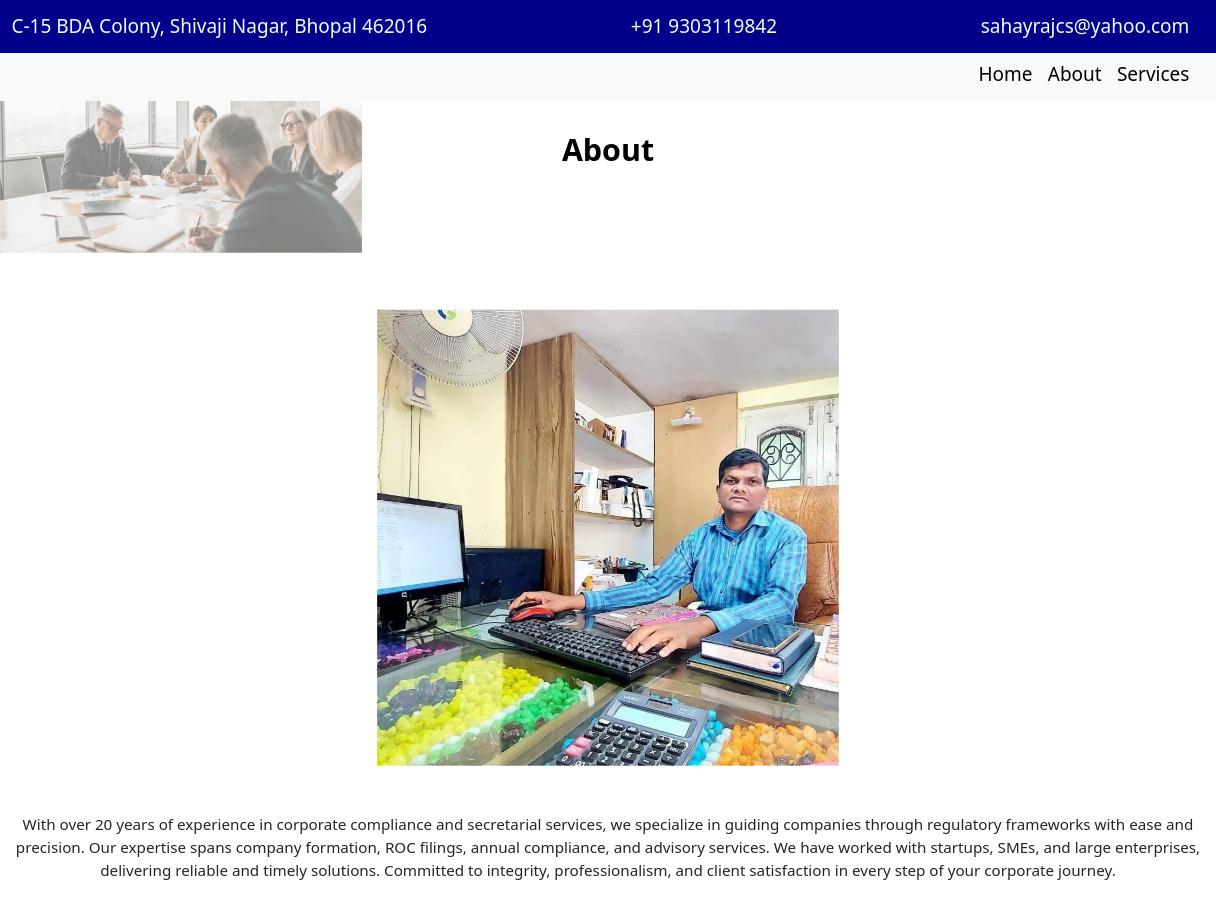
Repository: aayushiss/CS-RSS
Page: about.html
The author's editor kept a copy of each file at every save. The page is drawn from the files as they stood at one save, then again after the next save.
The browser window is 1280 px wide. The pictures show the whole page, at 95% of full size.

Above is the page before, as saved 2025-05-16 20:32:11.

### about.html
<!DOCTYPE html>
<html lang="en">
    <head>
        <meta charset="UTF-8">
        <meta name="viewport" content="width=device-width, initial-scale=1.0">
        <title>R. S. Shrivastava</title>
        <link href="https://cdn.jsdelivr.net/npm/bootstrap@5.3.3/dist/css/bootstrap.min.css" rel="stylesheet"
            integrity="sha384-QWTKZyjpPEjISv5WaRU9OFeRpok6YctnYmDr5pNlyT2bRjXh0JMhjY6hW+ALEwIH" crossorigin="anonymous">
        <link rel="stylesheet" type="text/css" href="style.css">
    </head>
<body>
    <nav class="navbar fixed-top custom-navbar">
        <div class="container-fluid d-flex justify-content-between">
            <a class="navbar-brand"
                href="https://www.google.com/maps/place/R+S+SHRIVASTAVA+%26+ASSOCIATES/@23.2288499,77.4244091,17z/data=!3m1!4b1!4m6!3m5!1s0x397c425fada83073:0xcb1e8ba90a487f4e!8m2!3d23.228845!4d77.426984!16s%2Fg%2F1td0r8v9?entry=ttu&g_ep=EgoyMDI1MDUxMi4wIKXMDSoASAFQAw%3D%3D"
                target="_blank">C-15 BDA Colony, Shivaji Nagar, Bhopal 462016</a>
            <a class="navbar-brand" href="" tel:+919303119842"">+91 9303119842</a>
            <a class="navbar-brand" href="mailto:sahayrajcs@yahoo.com">sahayrajcs@yahoo.com</a>
        </div>
    </nav>
    <div class="navbar-space"></div>

    <nav class="navbar sticky-top second-navbar bg-light">
        <div class="container-fluid d-flex justify-content-end">
            <a class="navbar-brand" href="index.html">Home</a>
            <a class="navbar-brand" href="about.html">About</a>
            <a class="navbar-brand" href="services.html">Services</a>
        </div>
    </nav>

    <div class="position-relative" style="margin-bottom: 60px;" id="contact-section">
        <img src="images/haveAQuery.jpg" class="img-fluid" alt="..."
            style="opacity: .5; height: 10rem; width: fit-content;">
        <h2 class="position-absolute start-50 translate-middle-x text-black fw-bold" style="top: 20%;">
            About
        </h2>
    </div>
    <div class="text-center">
        <img src="images/AboutImage.jpeg" class="img-fluid" style="height: 30rem;">
        <p style="margin-top: 50px;">With over 20 years of experience in corporate compliance and secretarial services, we specialize in guiding companies through regulatory frameworks with ease and precision.
            Our expertise spans company formation, ROC filings, annual compliance, and advisory services.
            We have worked with startups, SMEs, and large enterprises, delivering reliable and timely solutions.
            Committed to integrity, professionalism, and client satisfaction in every step of your corporate journey.</p>
    </div>
</body>
</html>

### style.css
.custom-navbar {
    background-color: darkblue;
}

.custom-navbar .navbar-brand {
    color: azure;
}

.navbar-space {
    margin-top: 50px;
}

.second-navbar .navbar-brand {
    color: black;
}

.custom-card {
    height: 25vh;
}

.custom-card .card-img {
    height: 100%;
    object-fit: cover;
}

.container-fluid .card {
    padding: 10px;
}

.container-fluid .card-title {
    font-family: 'Times New Roman', Times, serif;
    font-weight: bold;
    font-size: xx-large;
}

.container-fluid .col-md-8 .card-title {
    font-family: 'Times New Roman', Times, serif;
    font-size: large;
}

.footer-links ul {
    list-style: none;
    text-decoration: none;
}

.footer-links a {
    color: white;
    text-decoration: none;
}

After the next save:
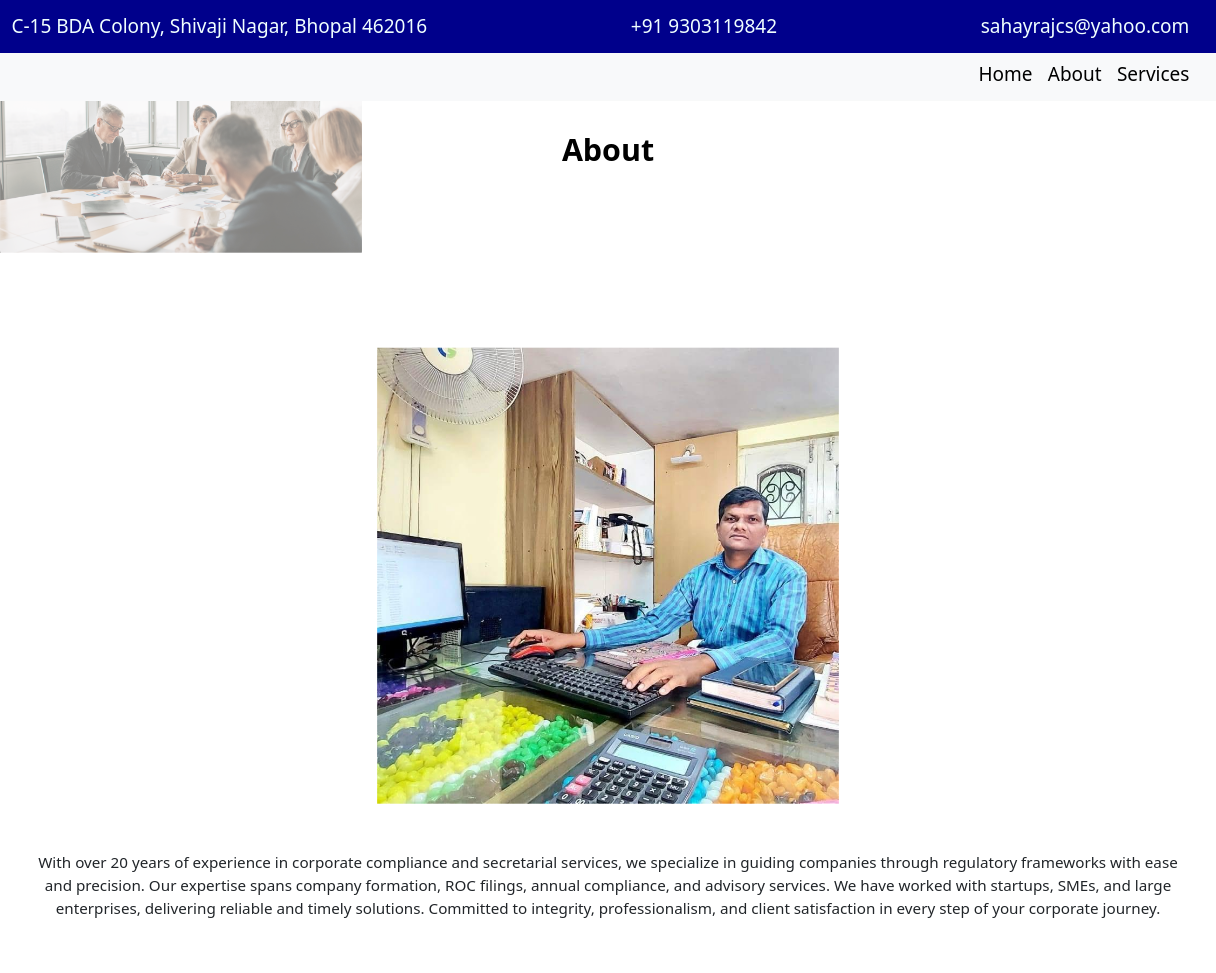
Saved 66 s later.
--- a/about.html
+++ b/about.html
@@ -35,12 +35,13 @@
             About
         </h2>
     </div>
-    <div class="text-center">
+    <div class="col" style="padding: 40px;"><div class="text-center">
         <img src="images/AboutImage.jpeg" class="img-fluid" style="height: 30rem;">
         <p style="margin-top: 50px;">With over 20 years of experience in corporate compliance and secretarial services, we specialize in guiding companies through regulatory frameworks with ease and precision.
             Our expertise spans company formation, ROC filings, annual compliance, and advisory services.
             We have worked with startups, SMEs, and large enterprises, delivering reliable and timely solutions.
             Committed to integrity, professionalism, and client satisfaction in every step of your corporate journey.</p>
-    </div>
+    </div></div>
+
 </body>
 </html>
